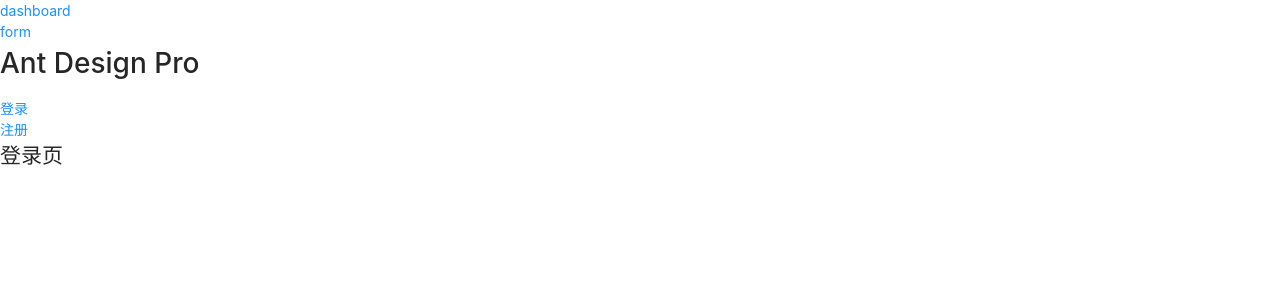
Repository: wangqt93/Ant-design-pro
Page: /user
The author's editor kept a copy of each file at every save. The page is drawn from the files as they stood at one save, then again after the next save.
The browser window is 1280 px wide. The pictures show the whole page.
The project was rebuilt for these pictures with package versions that can differ from the ones it lists, and the page was loaded fresh each time. Also part of the build but not shown: src/views/404.vue. Imported but missing from the stored project, and not drawn on this page: src/layouts/SiderMenu.

Above is the page before, as saved 2020-11-22 13:28:00.

After the next save:
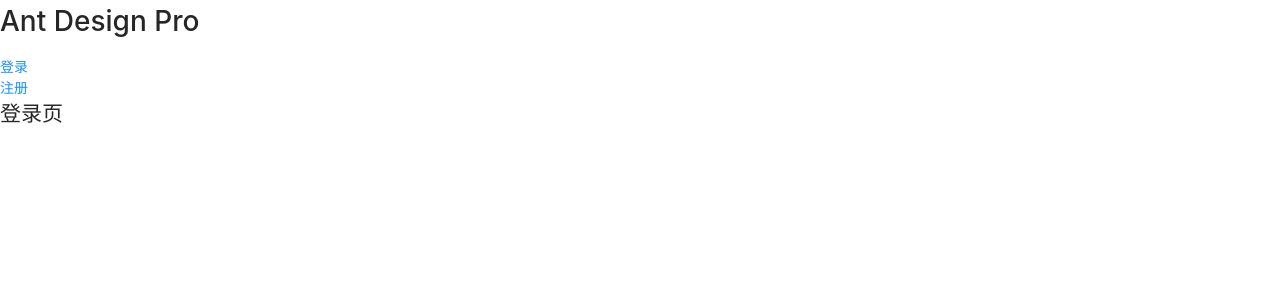
Saved 3 min 50 s later.
--- a/src/App.vue
+++ b/src/App.vue
@@ -1,9 +1,9 @@
 <template>
   <div id="app">
 
-    <router-link to='/dashboard/analysis'>dashboard</router-link>
+    <!-- <router-link to='/dashboard/analysis'>dashboard</router-link>
     <br>
-    <router-link to='/form'>form</router-link>
+    <router-link to='/form'>form</router-link> -->
     <router-view></router-view>
   </div>
 </template>
